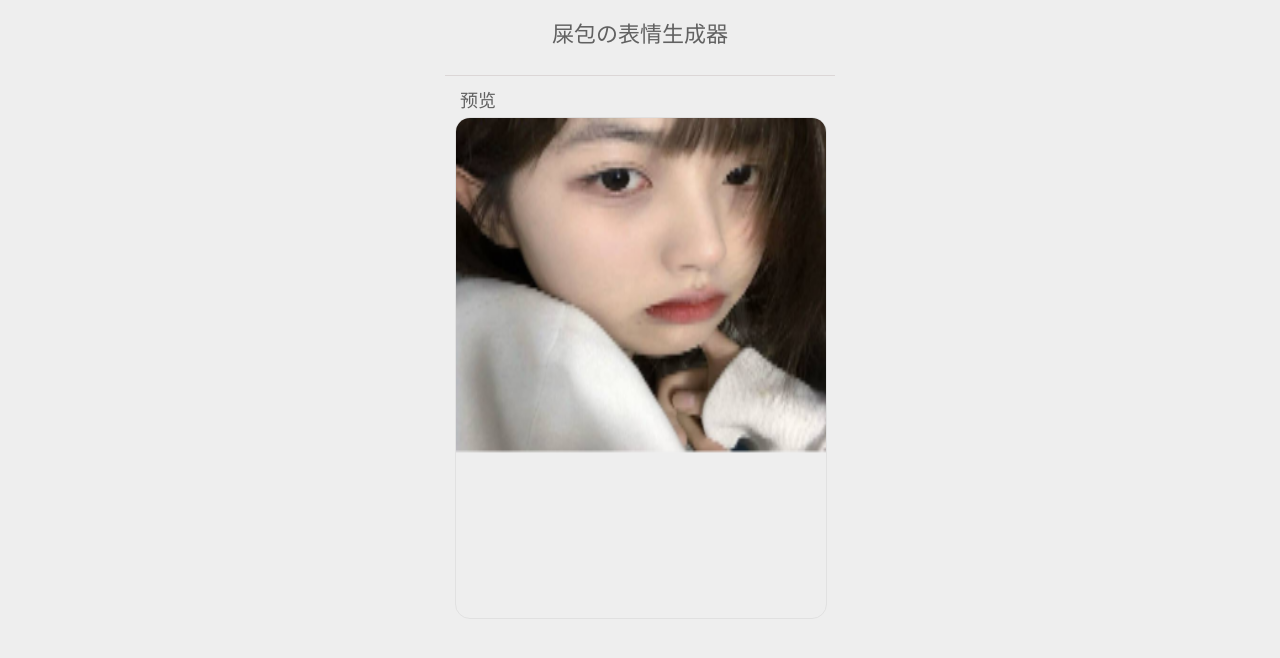
Repository: long-zuyang/shibao
Page: /
The author's editor kept a copy of each file at every save. The page is drawn from the files as they stood at one save, then again after a run of saves.
The browser window is 1280 px wide. The pictures show the whole page.
The project was rebuilt for these pictures with package versions that can differ from the ones it lists, and the page was loaded fresh each time. Also part of the build but not shown: vite.config.ts.

Above is the page before, as saved 2023-06-29 21:20:41.

### src/main.tsx
import React from 'react';
import ReactDOM from 'react-dom/client';
import 'normalize.css';
import App from './App.tsx';

ReactDOM.createRoot(document.getElementById('root') as HTMLElement).render(
  <React.StrictMode>
    <App />
  </React.StrictMode>
);

### src/App.tsx
// import { useState } from 'react';
import { Flex, Image } from 'react-vant';
import React, { useRef, useEffect } from 'react';
import './App.less';

import CanvasDrow from './components/CanvasDraw';

// function App() {
//   // const [count, setCount] = useState(0);
//   // console.log(document.getElementById('cvs'));

// }

class App extends React.Component {
  state = {};

  componentDidMount() {
    // console.log(document.getElementById('cvs'));
  }

  render() {
    console.log('渲染');

    return (
      <div className="main">
        <div className="top">
          <div className="name">屎包の表情生成器</div>
        </div>
        <div className="container">
          <span className="tips">预览</span>
          <CanvasDrow />
        </div>
      </div>
    );
  }
}

export default App;

### src/App.less
html,
body {
  background-color: #eee;
  .main {
    width: 390px;
    margin: 0 auto;
    .top {
      height: 75px;
      position: relative;
      border-bottom: 1px solid rgb(219, 214, 214);
      .name {
        color: #616161;
        font-size: 22px;
        text-align: center;
        position: absolute;
        width: 100%;
        padding-top: 22px;
        font-family: 微软雅黑;
      }
    }
    .container {
      margin-top: 15px;
      padding: 0 10px;
      .tips {
        font-size: 18px;
        margin: 0px 5px;
        color: #616161;
        font-family: 微软雅黑;
      }
      canvas {
        margin-top: 5px;
        height: 500px;
        width: 370px;
        border: 1px solid rgba(223, 223, 223, 0.9);
        border-radius: 15px;
      }
    }
  }
}

### src/components/CanvasDraw.tsx
import { useRef, useEffect } from 'react';
import BaseImg from '../assets/base.jpg';

function CanvasDrow() {
  const canvasRef = useRef<HTMLCanvasElement>(null);

  useEffect(() => {
    const canvas = canvasRef.current;
    if (canvas == null) {
      return;
    }

    const ctx = canvas.getContext('2d');

    // 创建头像图片
    const img = new Image();
    img.src = BaseImg;
    console.dir(img);

    // 图片加载完成后绘制图片
    img.onload = () => {
      // const height = 100;
      // const width = 300;
      const size = Math.min(img.width, img.height);
      const x = (img.width - size) / 2;
      const y = (img.height - size) / 2;
      ctx?.drawImage(img, x, y, size, size, 0, 0, 300, 100);
    };
  }, []);
  // if (!canvasRef.current) {
  //   return <div>Canvas is not available.</div>;
  // }
  return <canvas ref={canvasRef} />;
}

export default CanvasDrow;

Loaded but not shown: index.html (common file)

After the next 2 saves:
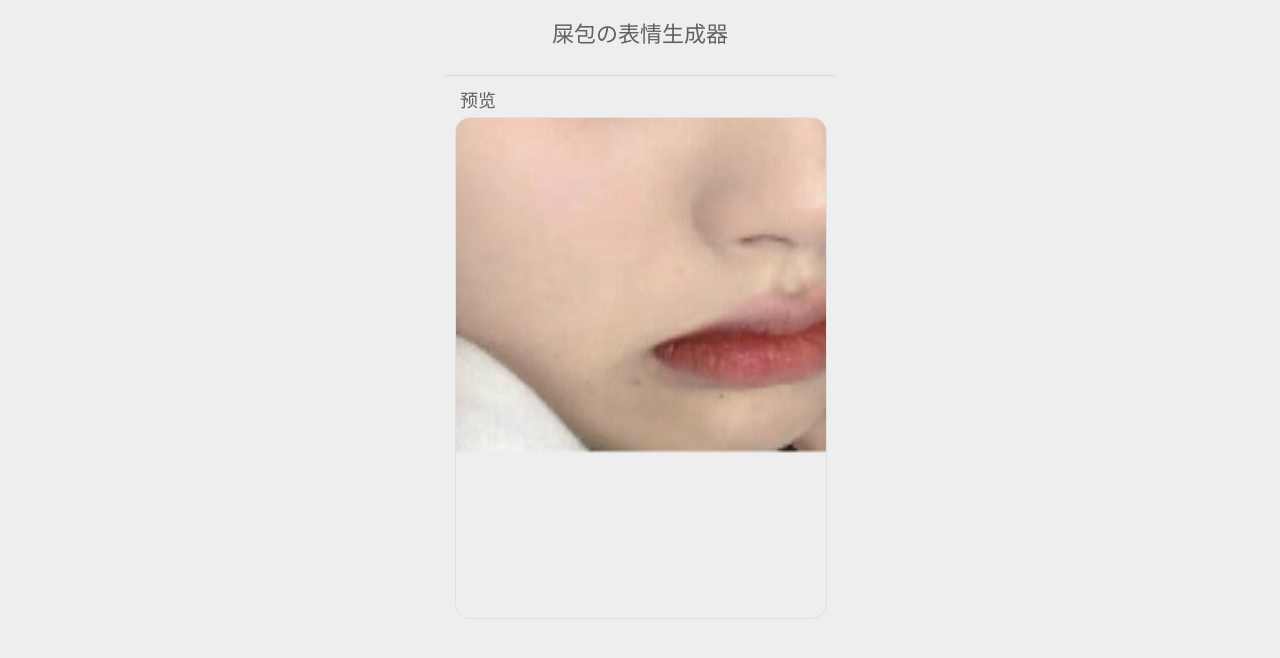
The 2 saves are shown as one change because they came seconds apart.
The last was saved 16 s later.
--- a/src/components/CanvasDraw.tsx
+++ b/src/components/CanvasDraw.tsx
@@ -21,7 +21,7 @@ function CanvasDrow() {
     img.onload = () => {
       // const height = 100;
       // const width = 300;
-      const size = Math.min(img.width, img.height);
+      const size = Math.min(300, 300);
       const x = (img.width - size) / 2;
       const y = (img.height - size) / 2;
       ctx?.drawImage(img, x, y, size, size, 0, 0, 300, 100);
